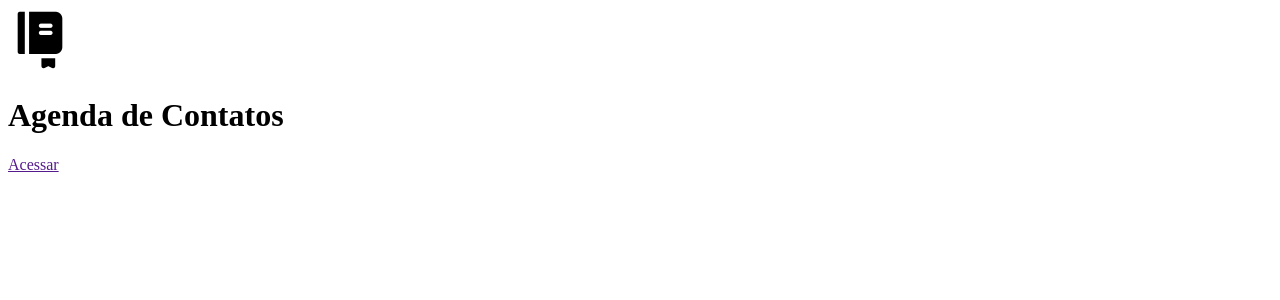
Repository: evanalves/Agenda-JDBC
Page: http://localhost/agenda/
An editor plug-in stored every save of this project. The page is shown before and after the next save, followed by the edit.
The browser window is 1280 px wide. The pictures show the whole page.
The page is served by Tomcat 10. Other server files are loaded and not shown.

Above is the page before, as saved 2023-08-17 15:00:03.

### agenda/src/main/webapp/index.html
<!DOCTYPE html>
<html lang="pt-BR">
<head>
<meta charset="UTF-8">
<title>Agenda de Contatos</title>
<link rel="icon" href="imagens/favicon.png">
<link rel="styleSheet" href="style.css">
</head>
<body>
	<img src="imagens/agenda.png">

	<h1>Agenda de Contatos</h1>


	<a href="">Acessar</a>

</body>
</html>

### agenda/src/main/webapp/style.css
@charset "UTF-8";
@import url('https://fonts.googleapis.com/css2?family=Open+Sans:wght@400;700&display=swap');

After the next save:
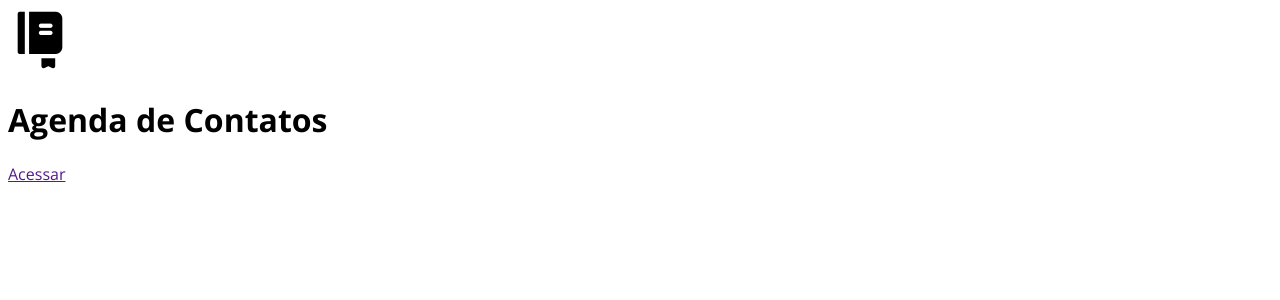
Saved 91 s later.
--- a/agenda/src/main/webapp/style.css
+++ b/agenda/src/main/webapp/style.css
@@ -1,2 +1,6 @@
 @charset "UTF-8";
 @import url('https://fonts.googleapis.com/css2?family=Open+Sans:wght@400;700&display=swap');
+
+body{
+	font-family: 'Open Sans', sans-serif;
+}
